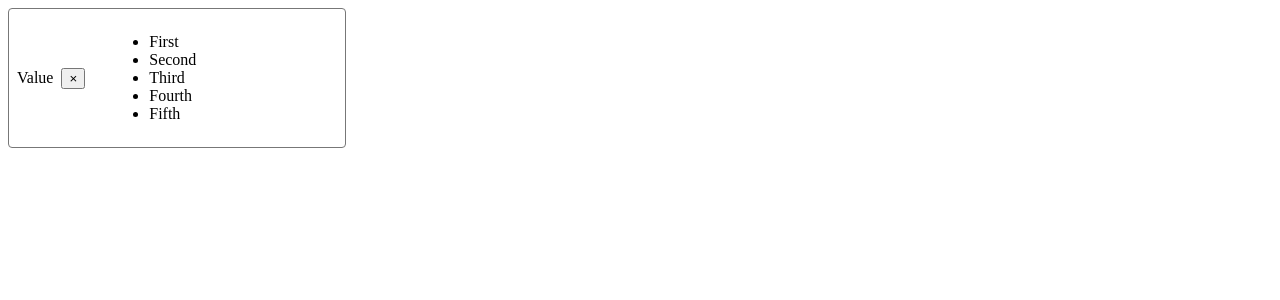
Repository: csabbah/ts-react-custom-select
Page: /
The author's editor kept a copy of each file at every save. The page is drawn from the files as they stood at one save, then again after the next save.
The browser window is 1280 px wide. The pictures show the whole page.
The project was rebuilt for these pictures with package versions that can differ from the ones it lists, and the page was loaded fresh each time. Also part of the build but not shown: vite.config.ts.

Above is the page before, as saved 2022-12-24 11:54:52.

After the next save:
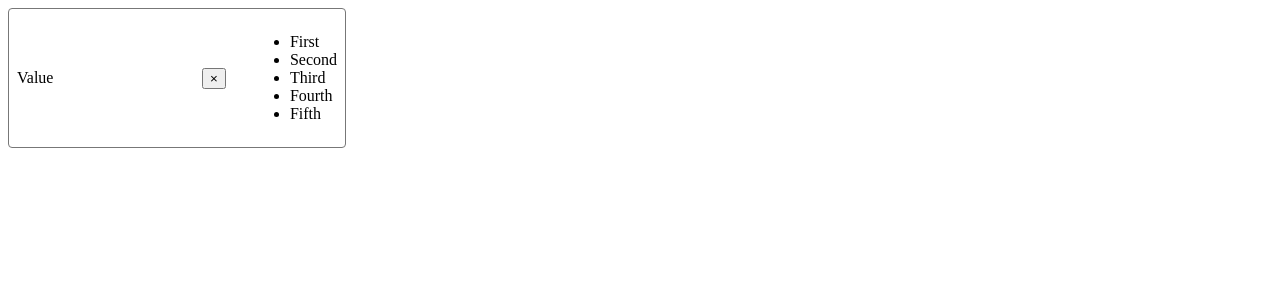
Saved 18 s later.
--- a/src/select.module.css
+++ b/src/select.module.css
@@ -16,3 +16,7 @@
   border-color: rgb(56, 165, 232);
   transition: 0.1s all ease-in-out;
 }
+
+.value {
+  flex-grow: 1;
+}
